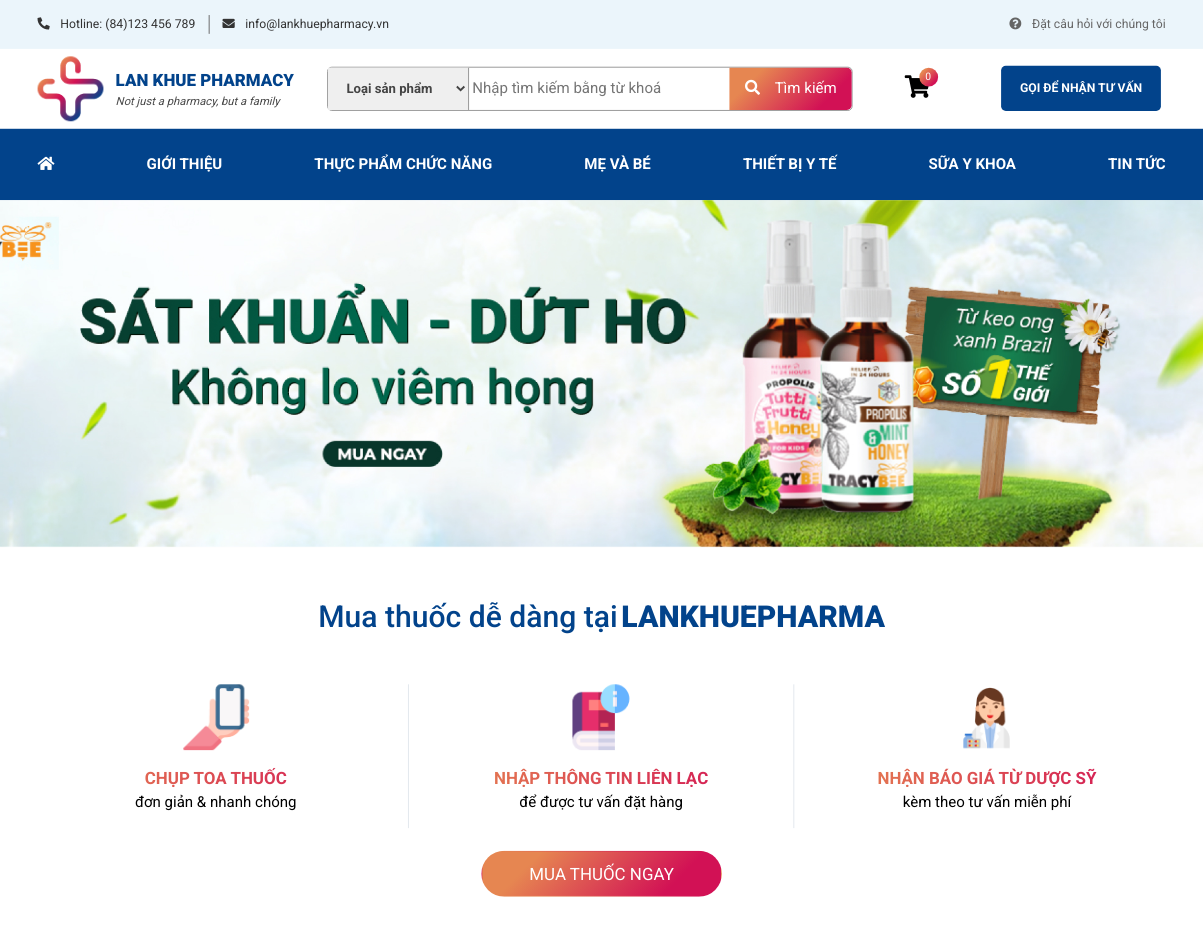
Repository: haianh12082001/Lan-khue
Page: index.html
An editor plug-in stored every save of this project. The page is shown before and after the next save, followed by the edit.
The browser window is 1280 px wide. The pictures show the whole page, at 94% of full size.
Some web libraries are served in a nearby version. The style sheet was rebuilt from its Sass, Less or Tailwind sources for each picture, by a compiler version that may differ from the author's.

Above is the page before, as saved 2021-12-18 11:43:57.

After the next save:
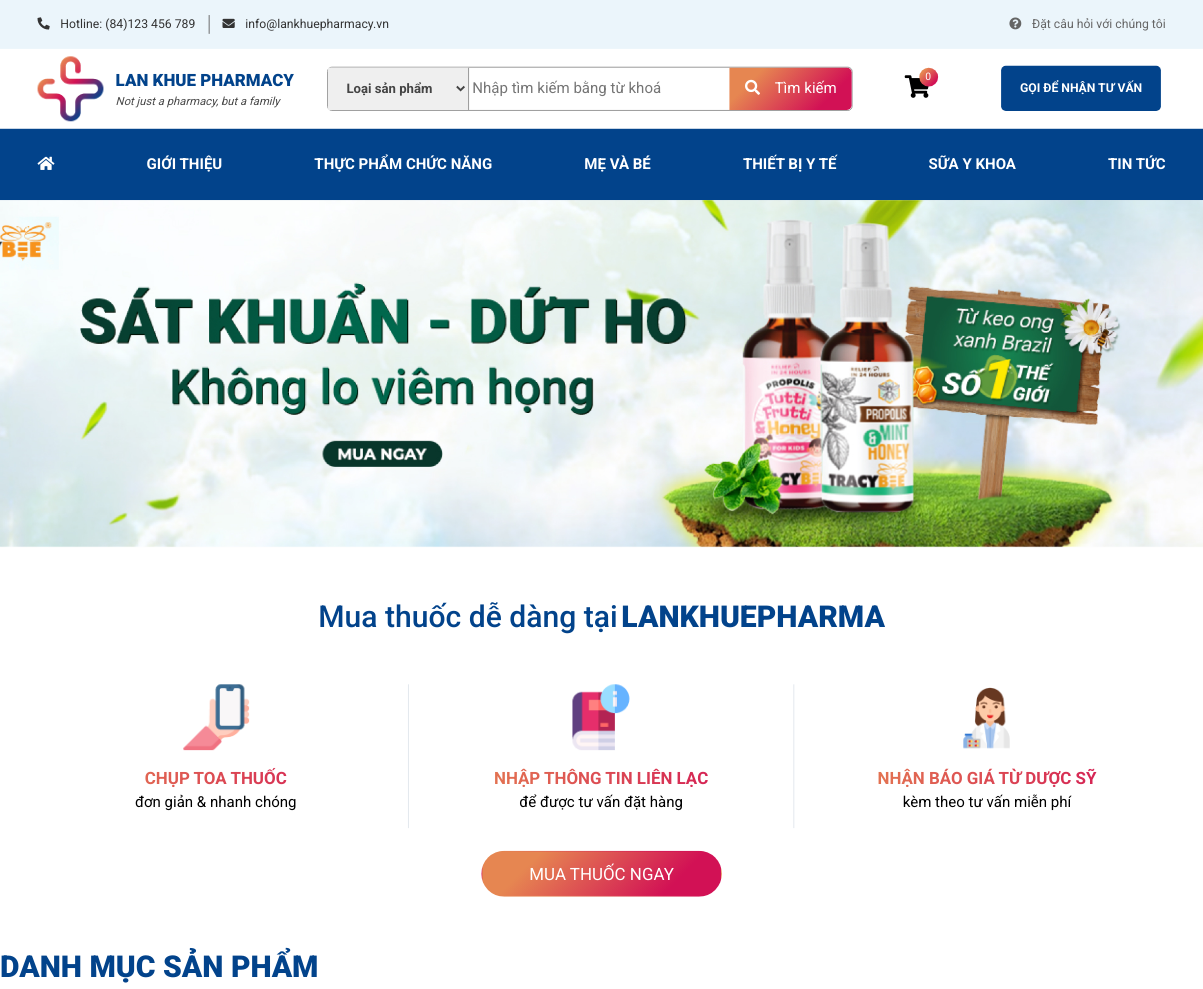
Saved 2 min 16 s later.
--- a/index.html
+++ b/index.html
@@ -160,6 +160,9 @@
             </div>
         </section>
         <!-- Danh mục sản phẩm -->
+        <section class="product-portfolio">
+            <div class="section-title">danh mục sản phẩm</div>
+        </section>
         <script type="text/javascript" src="https://code.jquery.com/jquery-1.11.0.min.js"></script>
         <script type="text/javascript" src="https://code.jquery.com/jquery-migrate-1.2.1.min.js"></script>
         <script
